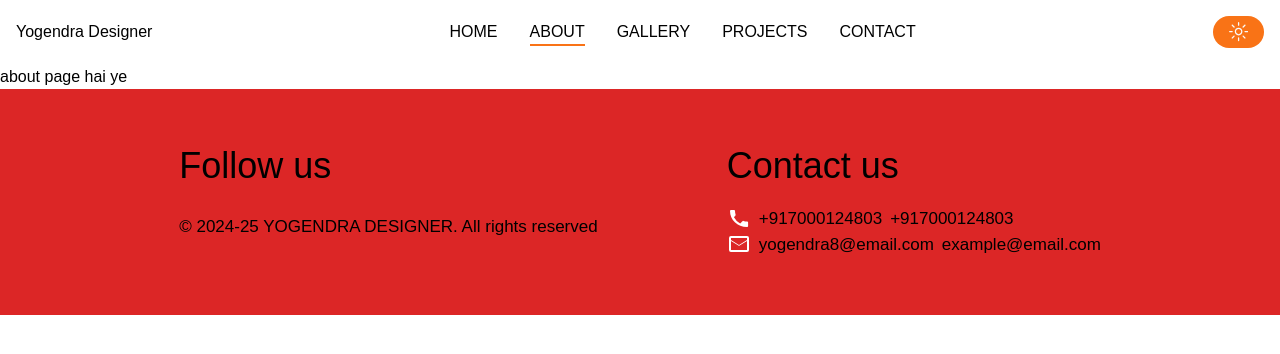
Repository: hitoutvrma/MB_designs-Interior-Designing-website
Page: /about
These files come from the project's save history. The page is drawn as it stood at one moment and after the next save; the edit follows.
The browser window is 1280 px wide. The pictures show the whole page.
The project was rebuilt for these pictures with package versions that can differ from the ones it lists, and the page was loaded fresh each time. The framework's server and built-in components were replaced by stand-ins that run in the browser. Also part of the build but not shown: next.config.mjs.

Above is the page before, as saved 2024-09-15 21:11:13.

### app/layout.js
import localFont from "next/font/local";
import { Sen } from "next/font/google";
import "./globals.css";
import Header from "@/components/ui/Header";
import Footer from "@/components/ui/Footer";
import { ThemeProvider } from "@/components/ThemeProvider";

const josef = Sen({
  subsets:["latin"],
  weight:["400","500","600","700"],
  display:"swap"
})

// const geistSans = localFont({
//   src: "./fonts/GeistVF.woff",
//   variable: "--font-geist-sans",
//   weight: "100 900",
// });
// const geistMono = localFont({
//   src: "./fonts/GeistMonoVF.woff",
//   variable: "--font-geist-mono",
//   weight: "100 900",
// });

export const metadata = {
  title: "Create Next App",
  description: "Generated by create next app",
};

export default function RootLayout({ children }) {
  return (
    <html lang="en" suppressHydrationWarning>
      <body
        className={`${josef.variable} ${josef.variable} antialiased`}
      >
        <ThemeProvider attribute='class' defaultTheme='light'>

        <Header/>
        {children}
        <Footer/>
        </ThemeProvider>
      </body>
    </html>
  );
}

### app/about/page.jsx
import React from 'react'

const page = () => {
  return (
    <div>
      about page hai ye
    </div>
  )
}

export default page

### app/globals.css
@tailwind base;
@tailwind components;
@tailwind utilities;


body {
  color: var(--foreground);
  background: var(--background);
  font-family: Arial, Helvetica, sans-serif;
}

@layer utilities {
  .text-balance {
    text-wrap: balance;
  }
}


@layer base {
  :root {
    --background: 0 0% 100%;
    --foreground: 20 14.3% 4.1%;
    --card: 0 0% 100%;
    --card-foreground: 20 14.3% 4.1%;
    --popover: 0 0% 100%;
    --popover-foreground: 20 14.3% 4.1%;
    --primary: 24.6 95% 53.1%;
    --primary-foreground: 60 9.1% 97.8%;
    --secondary: 60 4.8% 95.9%;
    --secondary-foreground: 24 9.8% 10%;
    --muted: 60 4.8% 95.9%;
    --muted-foreground: 25 5.3% 44.7%;
    --accent: 60 4.8% 95.9%;
    --accent-foreground: 24 9.8% 10%;
    --destructive: 0 84.2% 60.2%;
    --destructive-foreground: 60 9.1% 97.8%;
    --border: 20 5.9% 90%;
    --input: 20 5.9% 90%;
    --ring: 24.6 95% 53.1%;
    --radius: 0.5rem;
    --chart-1: 12 76% 61%;
    --chart-2: 173 58% 39%;
    --chart-3: 197 37% 24%;
    --chart-4: 43 74% 66%;
    --chart-5: 27 87% 67%;
  }

  .dark {
    --background: 20 14.3% 4.1%;
    --foreground: 60 9.1% 97.8%;
    --card: 20 14.3% 4.1%;
    --card-foreground: 60 9.1% 97.8%;
    --popover: 20 14.3% 4.1%;
    --popover-foreground: 60 9.1% 97.8%;
    --primary: 20.5 90.2% 48.2%;
    --primary-foreground: 60 9.1% 97.8%;
    --secondary: 12 6.5% 15.1%;
    --secondary-foreground: 60 9.1% 97.8%;
    --muted: 12 6.5% 15.1%;
    --muted-foreground: 24 5.4% 63.9%;
    --accent: 12 6.5% 15.1%;
    --accent-foreground: 60 9.1% 97.8%;
    --destructive: 0 72.2% 50.6%;
    --destructive-foreground: 60 9.1% 97.8%;
    --border: 12 6.5% 15.1%;
    --input: 12 6.5% 15.1%;
    --ring: 20.5 90.2% 48.2%;
    --chart-1: 220 70% 50%;
    --chart-2: 160 60% 45%;
    --chart-3: 30 80% 55%;
    --chart-4: 280 65% 60%;
    --chart-5: 340 75% 55%;
  }
}



@layer base {
  * {
    @apply border-border;
  }
  body {
    @apply bg-background text-foreground;
  }
}

.h1{
  @apply text-6xl xl:text-[72px] xl:leading-[80px] tracking-[-2px] font-bold mb-5 mt-4;
}

### components/ui/Header.jsx
'use client';
import React from 'react'
 import ThemeToggler from '../ThemeToggler'
import MobileNavigation from './MobileNavigation';
import Nav from './Nav';
const Header = () => {
  return (
    <div className='flex justify-between p-4 items-center '>
      <div>Yogendra Designer</div>
      <Nav containerStyles='hidden xl:flex gap-8 items-center' linkStyles='relative hover:text-primary transition-all' underlineStyles ='absolute left-0 top-full h-[2px] bg-primary w-full'
      />
      <div className='flex gap-2 items-center'>

      <ThemeToggler/>
      <div className='xl:hidden'>

      <MobileNavigation/>
      </div>
      </div>
    </div>
  )
}

export default Header

### components/ui/Footer.jsx
import React from 'react'

const Footer = () => {
  return (

    <div class="flex justify-between bg-red-600 backdrop-blur-lg px-[14vw] py-[8vh] text-[17px] ">
  <div>
    <head>
    <link rel="stylesheet" href="https://cdnjs.cloudflare.com/ajax/libs/font-awesome/6.0.0-beta3/css/all.min.css"/>

    </head>
    <h1 class="pb-5 text-4xl">Follow us</h1>
    <div className='flex gap-x-6 pb-2 text-4xl'>
    <a href="https://instagram/hitoutvrma" className="text-gray-600 hover:text-pink-500 transition-transform duration-300 transform hover:scale-110"><i class="fa-brands fa-instagram" ></i></a>
      <a href="https://www.linkedin.com/in/hitesh-verma-3695b0254/" className="text-gray-600 hover:text-blue-700 transition-transform duration-300 transform hover:scale-110"><i class="fa-brands fa-linkedin"></i></a>
      <a href="https://x.com/hitesh_404" className="text-gray-600 hover:text-blue-700 transition-transform duration-300 transform hover:scale-110"><i class="fa-brands fa-facebook"></i></a>
    </div>
    <div>&copy; 2024-25 YOGENDRA DESIGNER. All rights reserved</div>
  </div>
  <div>
    <h1 class="pb-5 text-4xl">Contact us</h1>
    <div class="flex gap-x-2">
      <svg class="text" xmlns="http://www.w3.org/2000/svg" viewBox="0 0 24 24" width="24" height="24" fill="white">
        <path d="M6.62 10.79a15.533 15.533 0 006.59 6.59l2.2-2.2a1 1 0 011.09-.27c1.12.37 2.33.57 3.6.57a1 1 0 011 1V20a1 1 0 01-1 1C10.29 21 3 13.71 3 5a1 1 0 011-1h3.01a1 1 0 011 1c0 1.27.2 2.48.57 3.6a1 1 0 01-.27 1.09l-2.2 2.2z" />
      </svg>
      <a href="tel:+917000124803" class="hover:underline">+917000124803</a>
      <a href="tel:+917000124803" class="hover:underline">+917000124803</a>
    </div>
    <div class="flex gap-x-2">
      <svg xmlns="http://www.w3.org/2000/svg" viewBox="0 0 24 24" width="24" height="24" fill="white">
        <path d="M20 4H4a2 2 0 00-2 2v12a2 2 0 002 2h16a2 2 0 002-2V6a2 2 0 00-2-2zM4 6h16v2l-8 5-8-5V6zm0 12V9l7.39 4.62a1 1 0 001.22 0L20 9v9H4z" />
      </svg>
      <a href="mailto:example@email.com" class="hover:underline">yogendra8@email.com</a>

      <a href="mailto:example@email.com" class="hover:underline">example@email.com</a>
    </div>
  </div>
</div>

  )
}

export default Footer

### components/ThemeProvider.jsx
'use client';

import { ThemeProvider as NextThemesProvider } from "next-themes";

export function ThemeProvider({ children, ...props }) {
    return <NextThemesProvider {...props}>
        { children }
    </NextThemesProvider>
}

### components/ThemeToggler.jsx
import { Button } from "./ui/button";
import { useTheme } from "next-themes";
import { SunIcon, MoonIcon } from "@radix-ui/react-icons";

const ThemeToggler = () => {
    const { theme, setTheme } = useTheme();

  return (
    <div>
      <Button  onClick={()=>setTheme(theme==='dark'?'light':'dark')}>
        <SunIcon className="h-[1.2rem] w-[1.2rem] scale-100 rotate-0 transition-all dark:rotate-90 dark:scale-0"/>
        <MoonIcon className="w-[1rem] absolute scale-0 rotate-90 transition-all dark:rotate-0 dark:scale-100"/>
      </Button>
    </div>
  )
}

export default ThemeToggler

### components/ui/MobileNavigation.jsx
import React from 'react'

import {Sheet, SheetContent, SheetTrigger} from '@/components/ui/sheet';
import Nav from './Nav';
import { AlignJustify } from 'lucide-react';

const MobileNavigation = () => {
  return (
    <Sheet>
        <SheetTrigger asChild>
            <AlignJustify className='cursor-pointer'/>
        </SheetTrigger>
        <SheetContent>
            <div className='p-3 flex flex-col items-center'>
                <div>
                    <div>Yogendra designer</div>
                    <Nav containerStyles='flex flex-col items-center gap-y-2' linkStyles='text-1xl '/>
                </div>
            </div>
        </SheetContent>
    </Sheet>
  )
}

export default MobileNavigation

### components/ui/Nav.jsx
//Hooks

import { usePathname } from "next/navigation";
import { motion } from "framer-motion";
import Link from "next/link";

const links = [
    {
        path:'/',name:'home'
    },
    {
        path:'/about',name:'about'
    },
    {
        path:'/gallery',name:'gallery'
    },
    {
        path:'/projects',name:'projects'
    },
    {
        path:'/contact',name:'contact'
    },
]
const Nav = ({ containerStyles, linkStyles, underlineStyles } ) => {

    const path = usePathname();
  return (
    <div className={`${containerStyles}`} >
        {
            links.map((link,index) =>{
                return(
                    <Link href={link.path}
                    key={index} className={`uppercase ${linkStyles}`}>
                        {link.path===path && (
                            <motion.span
                            initial={{y:'-100%'}}
                            animate={{y:0}}
                            transition={{ type:'tween'}}
                            layoutId="underline"
                            className={`${underlineStyles}`}
                            />
                        )}
                        {link.name}

                    </Link>
                )
            })
        }
      </div>
  )
}

export default Nav

### components/ui/button.jsx
import * as React from "react"
import { Slot } from "@radix-ui/react-slot"
import { cva } from "class-variance-authority";

import { cn } from "@/lib/utils"

const buttonVariants = cva(
  "inline-flex items-center justify-center whitespace-nowrap rounded-full text-base font-medium ring-offset-background transition-colors focus-visible:outline-none focus-visible:ring-2 focus-visible:ring-ring focus-visible:ring-offset-2 disabled:pointer-events-none disabled:opacity-50",
  {
    variants: {
      variant: {
        default: "bg-primary text-primary-foreground hover:bg-primary/90",
        destructive:
          "bg-destructive text-destructive-foreground hover:bg-destructive/90",
        outline:
          "border border-input bg-background hover:bg-accent hover:text-accent-foreground",
        secondary:
          "bg-secondary text-secondary-foreground hover:bg-secondary/80",
        ghost: "hover:bg-accent hover:text-accent-foreground",
        link: "text-primary underline-offset-4 hover:underline",
      },
      size: {
        default: "sm:h-[2.5vw] h-[7vw] px-4 py-2",
        sm: "h-9 rounded-md px-3",
        lg: "h-11 rounded-md px-8",
        icon: "h-10 w-10",
      },
    },
    defaultVariants: {
      variant: "default",
      size: "default",
    },
  }
)

const Button = React.forwardRef(({ className, variant, size, asChild = false, ...props }, ref) => {
  const Comp = asChild ? Slot : "button"
  return (
    (<Comp
      className={cn(buttonVariants({ variant, size, className }))}
      ref={ref}
      {...props} />)
  );
})
Button.displayName = "Button"

export { Button, buttonVariants }

### components/ui/sheet.jsx
"use client";
import * as React from "react"
import * as SheetPrimitive from "@radix-ui/react-dialog"
import { cva } from "class-variance-authority";
import { X } from "lucide-react"

import { cn } from "@/lib/utils"

const Sheet = SheetPrimitive.Root

const SheetTrigger = SheetPrimitive.Trigger

const SheetClose = SheetPrimitive.Close

const SheetPortal = SheetPrimitive.Portal

const SheetOverlay = React.forwardRef(({ className, ...props }, ref) => (
  <SheetPrimitive.Overlay
    className={cn(
      "fixed inset-0 z-50 bg-black/80  data-[state=open]:animate-in data-[state=closed]:animate-out data-[state=closed]:fade-out-0 data-[state=open]:fade-in-0",
      className
    )}
    {...props}
    ref={ref} />
))
SheetOverlay.displayName = SheetPrimitive.Overlay.displayName

const sheetVariants = cva(
  "fixed z-50 gap-4 bg-background p-6 shadow-lg transition ease-in-out data-[state=open]:animate-in data-[state=closed]:animate-out data-[state=closed]:duration-300 data-[state=open]:duration-500",
  {
    variants: {
      side: {
        top: "inset-x-0 top-0 border-b data-[state=closed]:slide-out-to-top data-[state=open]:slide-in-from-top",
        bottom:
          "inset-x-0 bottom-0 border-t data-[state=closed]:slide-out-to-bottom data-[state=open]:slide-in-from-bottom",
        left: "inset-y-0 left-0 h-full w-3/4 border-r data-[state=closed]:slide-out-to-left data-[state=open]:slide-in-from-left sm:max-w-sm",
        right:
          "inset-y-0 right-0 h-full w-3/4  border-l data-[state=closed]:slide-out-to-right data-[state=open]:slide-in-from-right sm:max-w-sm",
      },
    },
    defaultVariants: {
      side: "right",
    },
  }
)

const SheetContent = React.forwardRef(({ side = "right", className, children, ...props }, ref) => (
  <SheetPortal>
    <SheetOverlay />
    <SheetPrimitive.Content ref={ref} className={cn(sheetVariants({ side }), className)} {...props}>
      {children}
      <SheetPrimitive.Close
        className="absolute right-4 top-4 rounded-sm opacity-70 ring-offset-background transition-opacity hover:opacity-100 focus:outline-none focus:ring-2 focus:ring-ring focus:ring-offset-2 disabled:pointer-events-none data-[state=open]:bg-secondary">
        <X className="h-4 w-4" />
        <span className="sr-only">Close</span>
      </SheetPrimitive.Close>
    </SheetPrimitive.Content>
  </SheetPortal>
))
SheetContent.displayName = SheetPrimitive.Content.displayName

const SheetHeader = ({
  className,
  ...props
}) => (
  <div
    className={cn("flex flex-col space-y-2 text-center sm:text-left", className)}
    {...props} />
)
SheetHeader.displayName = "SheetHeader"

const SheetFooter = ({
  className,
  ...props
}) => (
  <div
    className={cn("flex flex-col-reverse sm:flex-row sm:justify-end sm:space-x-2", className)}
    {...props} />
)
SheetFooter.displayName = "SheetFooter"

const SheetTitle = React.forwardRef(({ className, ...props }, ref) => (
  <SheetPrimitive.Title
    ref={ref}
    className={cn("text-lg font-semibold text-foreground", className)}
    {...props} />
))
SheetTitle.displayName = SheetPrimitive.Title.displayName

const SheetDescription = React.forwardRef(({ className, ...props }, ref) => (
  <SheetPrimitive.Description
    ref={ref}
    className={cn("text-sm text-muted-foreground", className)}
    {...props} />
))
SheetDescription.displayName = SheetPrimitive.Description.displayName

export {
  Sheet,
  SheetPortal,
  SheetOverlay,
  SheetTrigger,
  SheetClose,
  SheetContent,
  SheetHeader,
  SheetFooter,
  SheetTitle,
  SheetDescription,
}

### tailwind.config.js
/** @type {import('tailwindcss').Config} */
module.exports = {
	darkMode: ["class"], // Dark mode setting
	content: [
	  "./pages/**/*.{js,ts,jsx,tsx,mdx}",
	  "./components/**/*.{js,ts,jsx,tsx,mdx}",
	  "./app/**/*.{js,ts,jsx,tsx,mdx}",
	],
	theme: {
	  // Container customization
	  container: {
		center: true, // Centers the container horizontally
		padding: '2rem', // Adds 1rem of padding (16px) on all sides
		screens: {
		  sm: '100%',  // Container takes 100% width on small screens
		  md: '100%',  // Container takes 100% width on medium screens
		  lg: '1024px', // Container is 1024px wide on large screens
		  xl: '1280px', // Container is 1280px wide on extra-large screens
		  '2xl': '1536px', // Container is 1536px wide on 2XL screens
		},
	  },
	  extend: {
		// Extending color palette
		colors: {
		  background: 'hsl(var(--background))',
		  foreground: 'hsl(var(--foreground))',
		  card: {
			DEFAULT: 'hsl(var(--card))',
			foreground: 'hsl(var(--card-foreground))',
		  },
		  popover: {
			DEFAULT: 'hsl(var(--popover))',
			foreground: 'hsl(var(--popover-foreground))',
		  },
		  primary: {
			DEFAULT: 'hsl(var(--primary))',
			foreground: 'hsl(var(--primary-foreground))',
		  },
		  secondary: {
			DEFAULT: 'hsl(var(--secondary))',
			foreground: 'hsl(var(--secondary-foreground))',
		  },
		  muted: {
			DEFAULT: 'hsl(var(--muted))',
			foreground: 'hsl(var(--muted-foreground))',
		  },
		  accent: {
			DEFAULT: 'hsl(var(--accent))',
			foreground: 'hsl(var(--accent-foreground))',
		  },
		  destructive: {
			DEFAULT: 'hsl(var(--destructive))',
			foreground: 'hsl(var(--destructive-foreground))',
		  },
		  border: 'hsl(var(--border))',
		  input: 'hsl(var(--input))',
		  ring: 'hsl(var(--ring))',
		  chart: {
			'1': 'hsl(var(--chart-1))',
			'2': 'hsl(var(--chart-2))',
			'3': 'hsl(var(--chart-3))',
			'4': 'hsl(var(--chart-4))',
			'5': 'hsl(var(--chart-5))',
		  },
		},
		// Extending border radius
		borderRadius: {
		  lg: 'var(--radius)',
		  md: 'calc(var(--radius) - 2px)',
		  sm: 'calc(var(--radius) - 4px)',
		},
	  },
	},
	plugins: [require("tailwindcss-animate")],
  };

Loaded but not shown: lib/utils.js (common file)

After the next save:
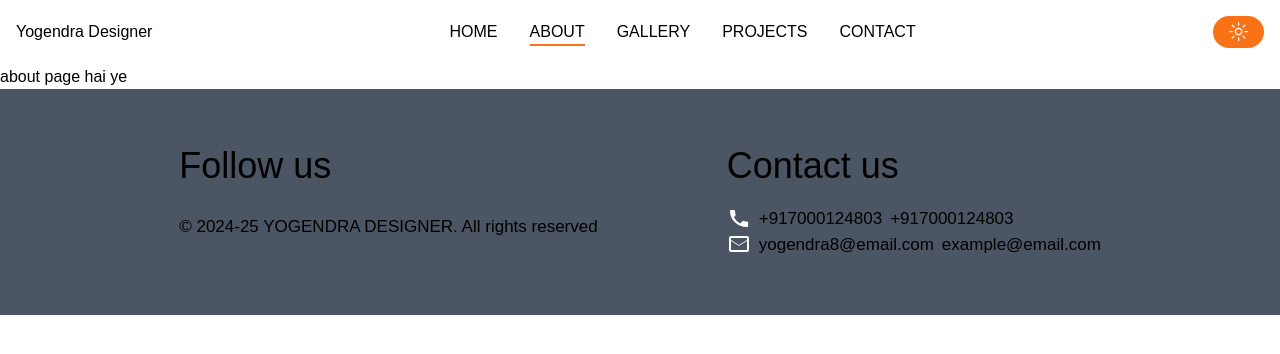
Saved 21 s later.
--- a/components/ui/Footer.jsx
+++ b/components/ui/Footer.jsx
@@ -3,7 +3,7 @@ import React from 'react'
 const Footer = () => {
   return (
 
-    <div class="flex justify-between bg-red-600 backdrop-blur-lg px-[14vw] py-[8vh] text-[17px] ">
+    <div class="flex justify-between bg-gray-600 backdrop-blur-lg px-[14vw] py-[8vh] text-[17px] ">
   <div>
     <head>
     <link rel="stylesheet" href="https://cdnjs.cloudflare.com/ajax/libs/font-awesome/6.0.0-beta3/css/all.min.css"/>
